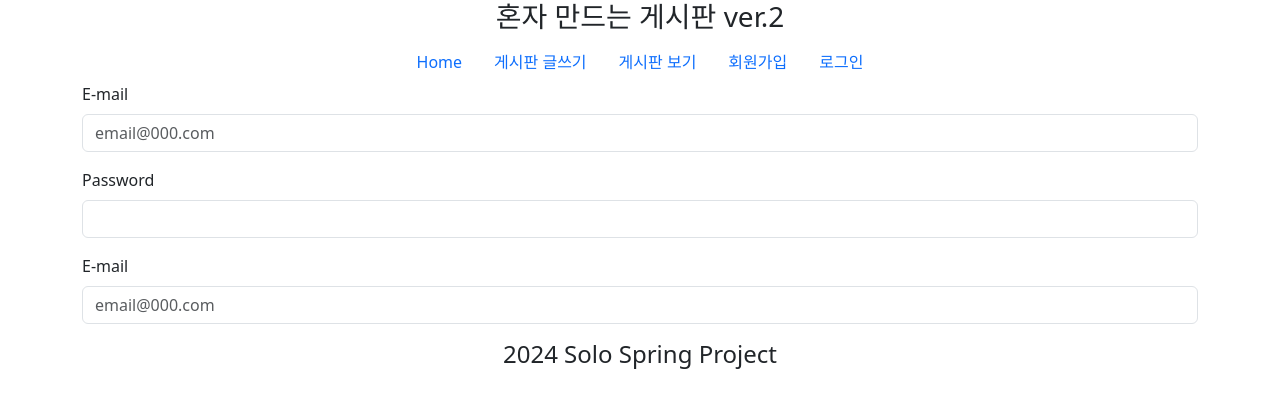
Repository: nefer2/Spring_test
Page: http://localhost/spring_test7/WEB-INF/views/member/register.jsp
An editor plug-in stored every save of this project. The page is shown before and after the next save, followed by the edit.
The browser window is 1280 px wide. The pictures show the whole page.
The page is served by Tomcat 9. Nobody is signed in. The template is opened directly, without the code that normally fills it, so the values that code supplies are empty.

Above is the page before, as saved 2024-01-19 05:29:55.

After the next save:
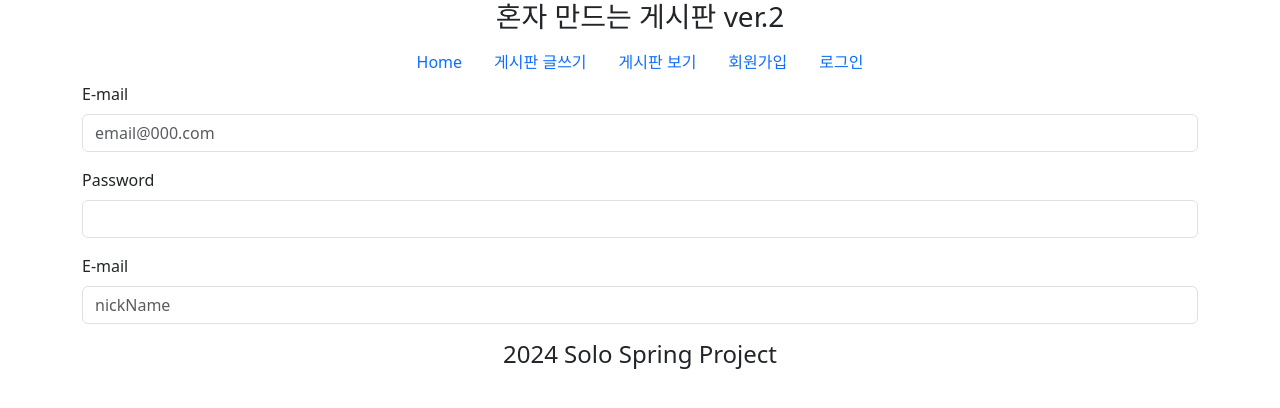
Saved 6 s later.
--- a/spring_test7/src/main/webapp/WEB-INF/views/member/register.jsp
+++ b/spring_test7/src/main/webapp/WEB-INF/views/member/register.jsp
@@ -19,7 +19,7 @@
 	</div>
 	<div class="mb-3">
 		<label for="nickName" class="form-label">E-mail</label>
-		<input type="text" name="email" class="form-control" id="email" placeholder="email@000.com">
+		<input type="text" name="nickName" class="form-control" id="nickName" placeholder="nickName">
 	</div>
 
 
